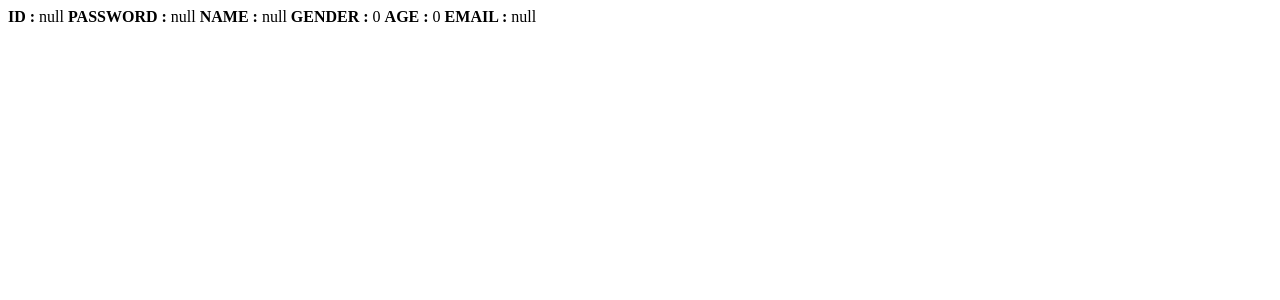
Repository: MaSHwan/JSP_Study
Page: http://localhost/ServletProject/template/joinCheck.jsp
The author's editor kept a copy of each file at every save. The page is drawn from the files as they stood at one save, then again after the next save.
The browser window is 1280 px wide. The pictures show the whole page.
The page is served by Tomcat 9. Other server files are loaded and not shown.

Above is the page before, as saved 2022-08-08 05:18:33.

### ServletProject/src/main/webapp/template/joinCheck.jsp
<%@ page language="java" contentType="text/html; charset=UTF-8"
    pageEncoding="UTF-8"%>
    <% request.setCharacterEncoding("utf-8"); %>
    <jsp:useBean id="join" class="com.join.JoinBean"/>
    <jsp:setProperty property="*" name="join"/>
<!DOCTYPE html>
<html>
<head>
<meta charset="UTF-8">
<title>회원가입 입력 정보 확인</title>
<style type="text/css">
table{
	width: 400px;
}
h1{
	text-align: center;
}
</style>
</head>
<body>
	 <tr>
	 	<td><b>ID : </b></td>
	 	<td>
	 		<jsp:getProperty property="id" name="join"/>
	 	</td>
	 </tr>
	 <tr>
	 	<td><b>PASSWORD : </b></td>
	 	<td>
	 		<jsp:getProperty property="pass" name="join"/>
	 	</td>
	 </tr>
	 <tr>
	 	<td><b>NAME : </b></td>
	 	<td>
	 		<jsp:getProperty property="name" name="join"/>
	 	</td>
	 </tr>
	 <tr>
	 	<td><b>GENDER : </b></td>
	 	<td>
	 		<jsp:getProperty property="gender" name="join"/>
	 	</td>
	 </tr>
	 <tr>
	 	<td><b>AGE : </b></td>
	 	<td>
	 		<jsp:getProperty property="age" name="join"/>
	 	</td>
	 </tr>
	 <tr>
	 	<td><b>EMAIL : </b></td>
	 	<td>
	 		<jsp:getProperty property="email" name="join"/>
	 	</td>
	 </tr>
</body>
</html>

### ServletProject/src/main/java/com/join/JoinBean.java
package com.join;

public class JoinBean {

	private String id;
	private String pass;
	private String name;
	private int gender;
	private int age;
	private String email;

	public String getId() {
		return id;
	}
	public void setId(String id) {
		this.id = id;
	}
	public String getPass() {
		return pass;
	}
	public void setPass(String pass) {
		this.pass = pass;
	}
	public String getName() {
		return name;
	}
	public void setName(String name) {
		this.name = name;
	}
	public int getGender() {
		return gender;
	}
	public void setGender(int gender) {
		this.gender = gender;
	}
	public int getAge() {
		return age;
	}
	public void setAge(int age) {
		this.age = age;
	}
	public String getEmail() {
		return email;
	}
	public void setEmail(String email) {
		this.email = email;
	}


}

After the next save:
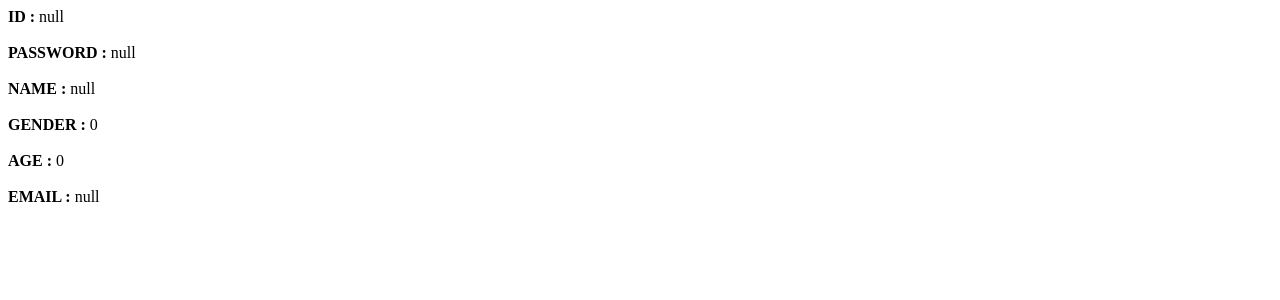
Saved 110 s later.
--- a/ServletProject/src/main/webapp/template/joinCheck.jsp
+++ b/ServletProject/src/main/webapp/template/joinCheck.jsp
@@ -23,31 +23,31 @@
 	 	<td>
 	 		<jsp:getProperty property="id" name="join"/>
 	 	</td>
-	 </tr>
+	 </tr><br><br>
 	 <tr>
 	 	<td><b>PASSWORD : </b></td>
 	 	<td>
 	 		<jsp:getProperty property="pass" name="join"/>
 	 	</td>
-	 </tr>
+	 </tr><br><br>
 	 <tr>
 	 	<td><b>NAME : </b></td>
 	 	<td>
 	 		<jsp:getProperty property="name" name="join"/>
 	 	</td>
-	 </tr>
+	 </tr><br><br>
 	 <tr>
 	 	<td><b>GENDER : </b></td>
 	 	<td>
 	 		<jsp:getProperty property="gender" name="join"/>
 	 	</td>
-	 </tr>
+	 </tr><br><br>
 	 <tr>
 	 	<td><b>AGE : </b></td>
 	 	<td>
 	 		<jsp:getProperty property="age" name="join"/>
 	 	</td>
-	 </tr>
+	 </tr><br><br>
 	 <tr>
 	 	<td><b>EMAIL : </b></td>
 	 	<td>
